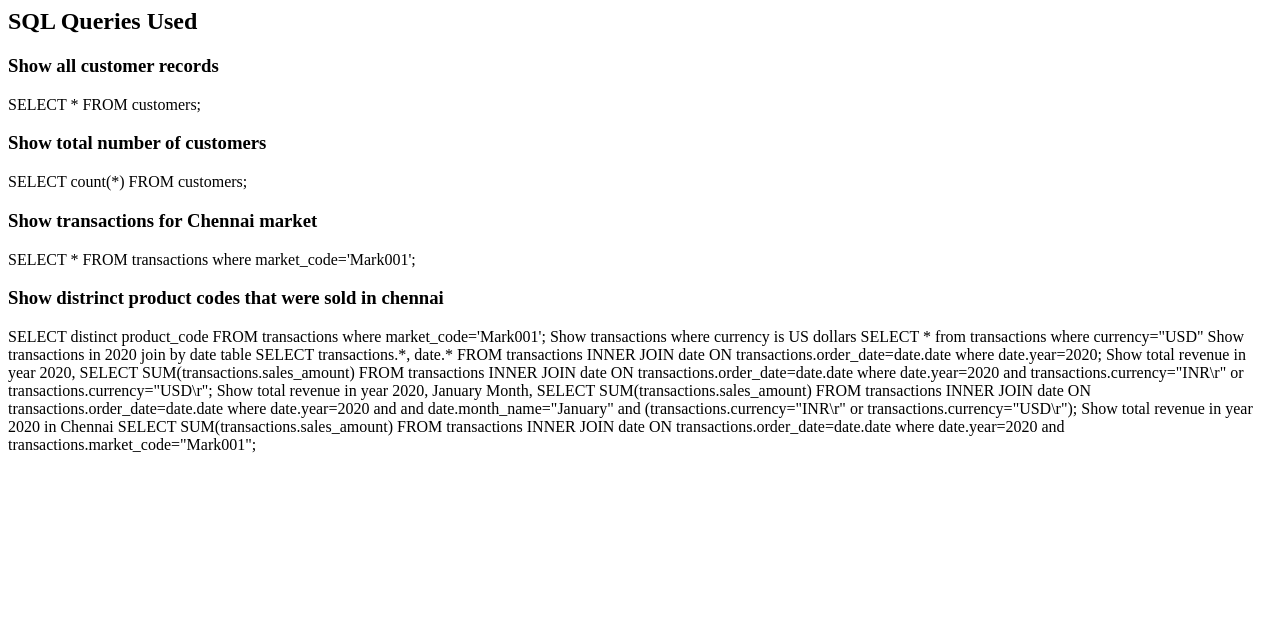
Repository: IslamInjila/new_portfolio
Page: images/salesInsight_bi.html
An editor plug-in stored every save of this project. The page is shown before and after the next save, followed by the edit.
The browser window is 1280 px wide. The pictures show the whole page.

Above is the page before, as saved 2021-06-02 15:39:57.

### images/salesInsight_bi.html
<html>

<body>

<h2>SQL Queries Used</h2>


<h3>Show all customer records</h3>

SELECT * FROM customers;

<h3>Show total number of customers</h3>

SELECT count(*) FROM customers;

<h3> Show transactions for Chennai market</h3>

SELECT * FROM transactions where market_code='Mark001';

<h3> Show distrinct product codes that were sold in chennai</h3>

SELECT distinct product_code FROM transactions where market_code='Mark001';

Show transactions where currency is US dollars

SELECT * from transactions where currency="USD"

Show transactions in 2020 join by date table

SELECT transactions.*, date.* FROM transactions INNER JOIN date ON transactions.order_date=date.date where date.year=2020;

Show total revenue in year 2020,

SELECT SUM(transactions.sales_amount) FROM transactions INNER JOIN date ON transactions.order_date=date.date where date.year=2020 and transactions.currency="INR\r" or transactions.currency="USD\r";

Show total revenue in year 2020, January Month,

SELECT SUM(transactions.sales_amount) FROM transactions INNER JOIN date ON transactions.order_date=date.date where date.year=2020 and and date.month_name="January" and (transactions.currency="INR\r" or transactions.currency="USD\r");

Show total revenue in year 2020 in Chennai

SELECT SUM(transactions.sales_amount) FROM transactions INNER JOIN date ON transactions.order_date=date.date where date.year=2020 and transactions.market_code="Mark001";
</body>








</html>

After the next save:
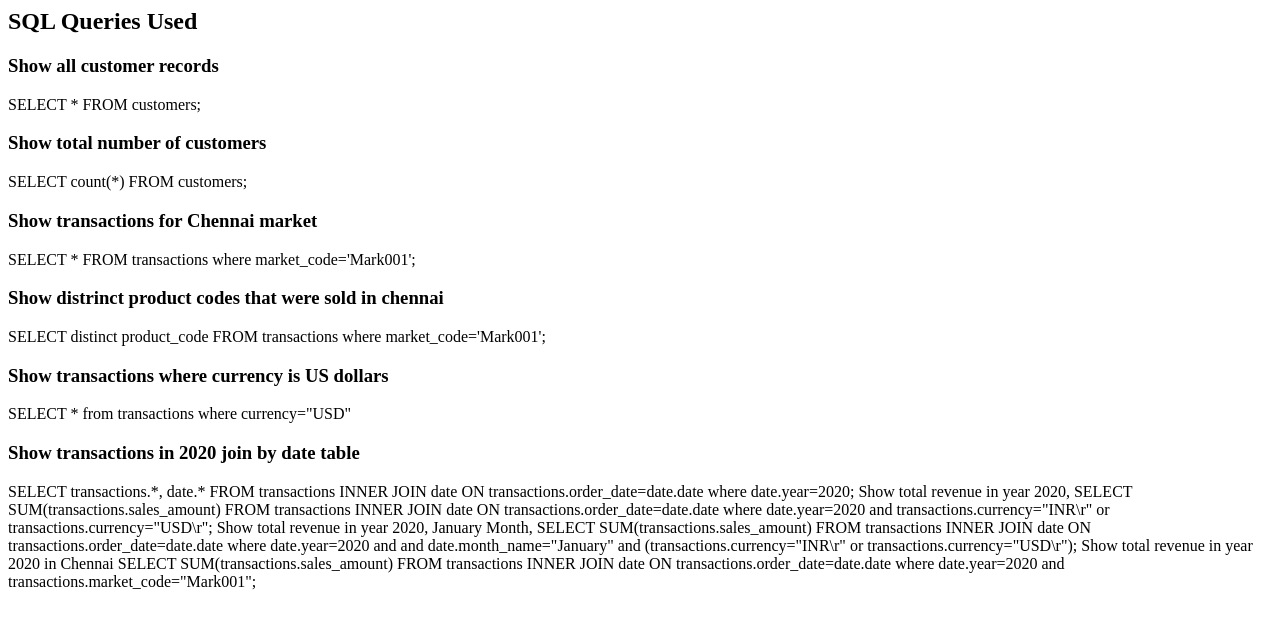
Saved 37 s later.
--- a/images/salesInsight_bi.html
+++ b/images/salesInsight_bi.html
@@ -21,11 +21,11 @@ SELECT * FROM transactions where market_code='Mark001';
 
 SELECT distinct product_code FROM transactions where market_code='Mark001';
 
-Show transactions where currency is US dollars
+<h3>Show transactions where currency is US dollars</h3>
 
 SELECT * from transactions where currency="USD"
 
-Show transactions in 2020 join by date table
+<h3>Show transactions in 2020 join by date table</h3>
 
 SELECT transactions.*, date.* FROM transactions INNER JOIN date ON transactions.order_date=date.date where date.year=2020;
 
